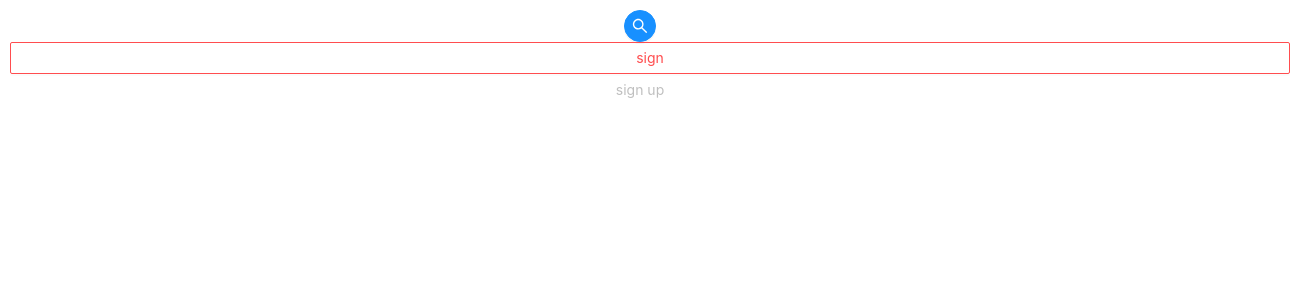
Repository: ErosHai/antd-demo
Page: /
These files come from the project's save history. The page is drawn as it stood at one moment and after the next save; the edit follows.
The browser window is 1280 px wide. The page is 1300 px wide, so the pictures cover 1300 px, including what lies to the right of the window. The pictures show the whole page.
The project was rebuilt for these pictures with package versions that can differ from the ones it lists, and the page was loaded fresh each time.

Above is the page before, as saved 2022-04-12 14:06:36.

### src/App.js
import './App.css'
import { Button, Tooltip } from 'antd'
import { SearchOutlined } from '@ant-design/icons'

function App() {
	return (
		<div className="App">
			<Tooltip title="search">
				<Button
					type="primary"
					shape="circle"
					icon={<SearchOutlined />}
				></Button>
			</Tooltip>
			<Button type="default" block ghost danger>
				sign
			</Button>
			<Button type="text" disabled>
				sign up
			</Button>
		</div>
	)
}

export default App

### src/App.css
@import '~antd/dist/antd.css';

.App {
  text-align: center;
  /* background-color: #282c34; */
  padding:10px 0px;

}
.App button {
  margin: 0 10px;
}
.App-logo {
  height: 40vmin;
  pointer-events: none;
}

@media (prefers-reduced-motion: no-preference) {
  .App-logo {
    animation: App-logo-spin infinite 20s linear;
  }
}

.App-header {
  background-color: #282c34;
  min-height: 100vh;
  display: flex;
  flex-direction: column;
  align-items: center;
  justify-content: center;
  font-size: calc(10px + 2vmin);
  color: white;
}

.App-link {
  color: #61dafb;
}

@keyframes App-logo-spin {
  from {
    transform: rotate(0deg);
  }
  to {
    transform: rotate(360deg);
  }
}

Loaded but not shown: public/index.html (common file); src/index.js (common file); src/index.css (common file); src/reportWebVitals.js (common file)

After the next save:
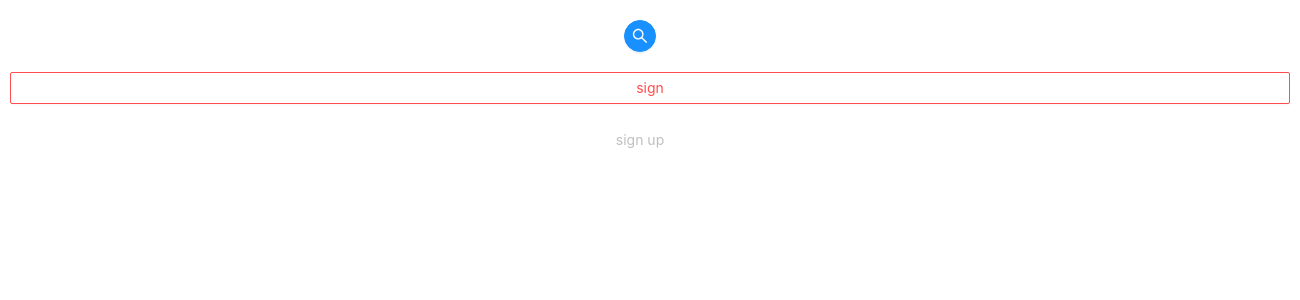
Saved 11 s later.
--- a/src/App.css
+++ b/src/App.css
@@ -7,7 +7,7 @@
 
 }
 .App button {
-  margin: 0 10px;
+  margin:  10px;
 }
 .App-logo {
   height: 40vmin;
